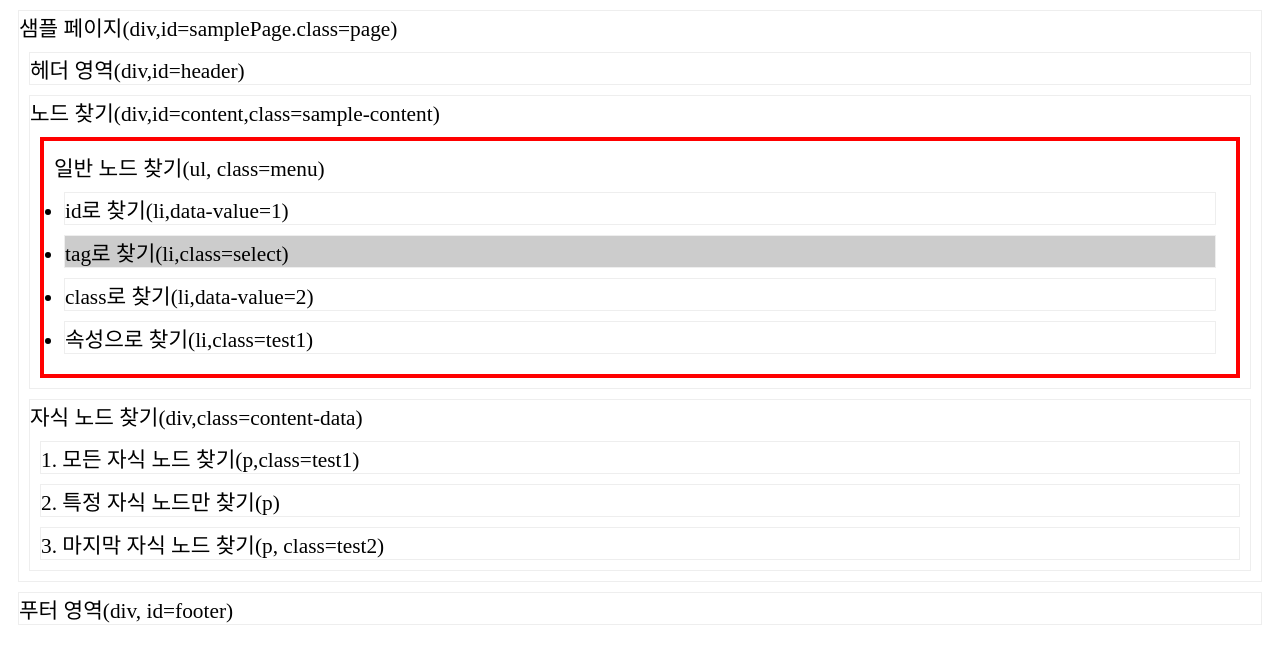
Repository: swc0516s/EZEN-JS
Page: JavaScript Workspace Lecture/JavaScript_jQuery_03/WebContent/Chapter01/1_05.html
These files come from the project's save history. The page is drawn as it stood at one moment and after the next save; the edit follows.
The browser window is 1280 px wide. The pictures show the whole page.

Above is the page before, as saved 2022-03-17 03:04:38.

### JavaScript Workspace Lecture/JavaScript_jQuery_03/WebContent/Chapter01/1_05.html
<!DOCTYPE html>
<html>
<head>
<meta charset="UTF-8">
<title>Insert title here</title>
<style type="text/css">
body {
	font-size: 16pt;
	font-family: "굴림";
}

div, p, ul, li {
	border: 1px #eeeeee solid;
	margin: 10px;
}

ul {
	padding: 10px;
}

li.select {
	background-color: #ccc;
}
</style>
<script type="text/javascript" src="../libs/jquery-3.6.0.min.js"></script>
<script type="text/javascript">
	// 문서에서 ul.menu노드에서 select클래스가 적용된 노드를 찾아 border를 4px solid #f00 으로 변경
	/*
	window.onload = function() {
		var header = document.getElementById("header");
		header.style.border = "4px solid #f00";
	}*/
	$(document).ready(function() {
		$(".menu").css("border", "4px solid #ff0000");
	});
</script>
</head>
<body>
	<div id="sample" class="page">
		샘플 페이지(div,id=samplePage.class=page)
		<div id="header">헤더 영역(div,id=header)</div>
		<div id="content" class="sample-content">
			노드 찾기(div,id=content,class=sample-content)
			<ul class="menu">
				일반 노드 찾기(ul, class=menu)
				<li data-value="1">id로 찾기(li,data-value=1)</li>
				<li class="select">tag로 찾기(li,class=select)</li>
				<li data-value="2">class로 찾기(li,data-value=2)</li>
				<li class="test1">속성으로 찾기(li,class=test1)</li>
			</ul>
		</div>
		<div class="content-data">
			자식 노드 찾기(div,class=content-data)
			<p class="test1">1. 모든 자식 노드 찾기(p,class=test1)</p>
			<p>2. 특정 자식 노드만 찾기(p)</p>
			<p class="test2">3. 마지막 자식 노드 찾기(p, class=test2)</p>
		</div>
	</div>
	<div id="footer">푸터 영역(div, id=footer)</div>
</body>
</html>

Loaded but not shown: JavaScript Workspace Lecture/JavaScript_jQuery_03/WebContent/libs/jquery-3.6.0.min.js (library)

After the next save:
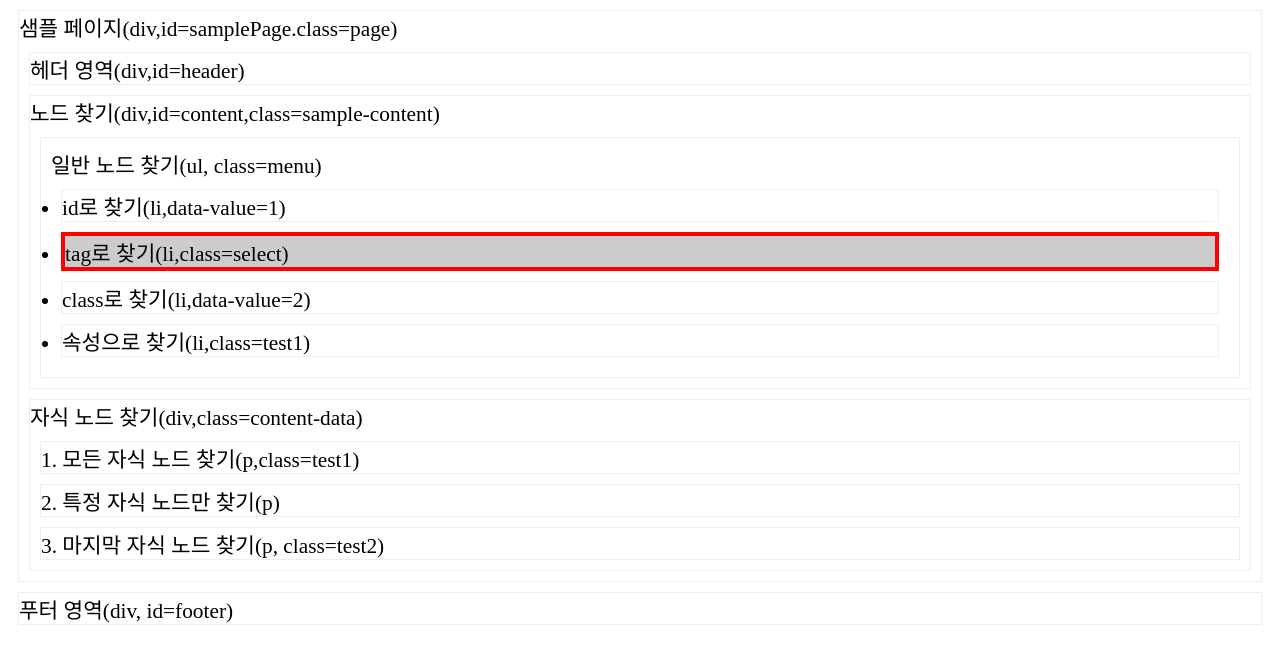
Saved 11 s later.
--- a/JavaScript Workspace Lecture/JavaScript_jQuery_03/WebContent/Chapter01/1_05.html
+++ b/JavaScript Workspace Lecture/JavaScript_jQuery_03/WebContent/Chapter01/1_05.html
@@ -31,7 +31,7 @@ li.select {
 		header.style.border = "4px solid #f00";
 	}*/
 	$(document).ready(function() {
-		$(".menu").css("border", "4px solid #ff0000");
+		$(".select").css("border", "4px solid #ff0000");
 	});
 </script>
 </head>
